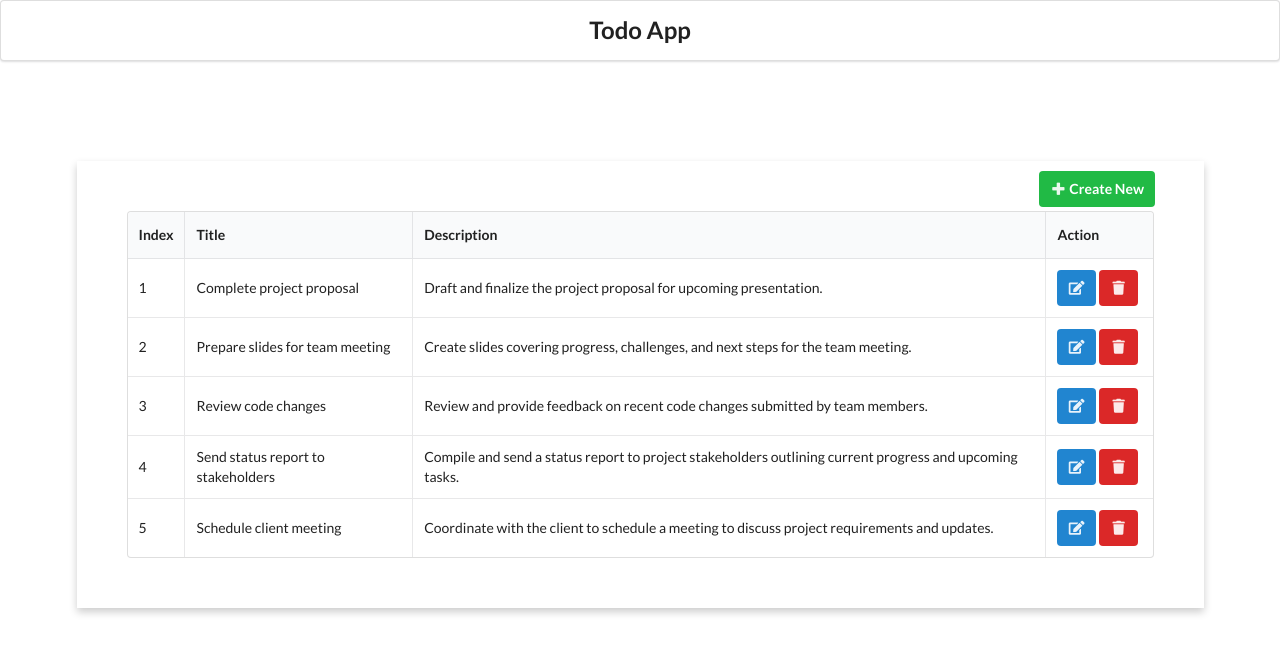
Repository: Wahid137/todo-app
Page: /
The author's editor kept a copy of each file at every save. The page is drawn from the files as they stood at one save, then again after a run of saves.
The browser window is 1280 px wide. The pictures show the whole page.
The project was rebuilt for these pictures with package versions that can differ from the ones it lists, and the page was loaded fresh each time. Also part of the build but not shown: src/App.css, src/index.css.

Above is the page before, as saved 2024-05-03 10:47:42.

### src/index.js
import React from 'react';
import ReactDOM from 'react-dom/client';
import 'semantic-ui-css/semantic.min.css';
import App from './App';
import './index.css';
import reportWebVitals from './reportWebVitals';

const root = ReactDOM.createRoot(document.getElementById('root'));
root.render(
  <React.StrictMode>
    <App />
  </React.StrictMode>
);

// If you want to start measuring performance in your app, pass a function
// to log results (for example: reportWebVitals(console.log))
// or send to an analytics endpoint. Learn more: https://bit.ly/CRA-vitals
reportWebVitals();

### src/App.js
import './App.css';
import TodoListPage from './components/TodoListPage';

function App() {
  return (
    <TodoListPage />
  );
}

export default App;

### src/components/TodoListPage.js
import React, { useState } from 'react';
import { Button, Container, Icon, Message, Segment, Table } from 'semantic-ui-react';
import initialTodos from "../data/todos.json";
import ConfirmationModal from './ConfirmationModal'; // Assuming both components are in the same directory

const TodoListPage = () => {
    const [todos, setTodos] = useState(initialTodos);
    const [deleteId, setDeleteId] = useState(null);
    const [openModal, setOpenModal] = useState(false);
    const [showMessage, setShowMessage] = useState(false);
    const [todoToDelete, setTodoToDelete] = useState(null);

    const handleDelete = (id, title) => {
        setDeleteId(id);
        setTodoToDelete(title);
        setOpenModal(true);
    };

    const handleConfirmDelete = () => {
        setTodos(todos.filter(todo => todo.id !== deleteId));
        setOpenModal(false);
        setShowMessage(true);
    };

    const handleCloseModal = () => {
        setOpenModal(false);
    };

    const handleDismissMessage = () => {
        setShowMessage(false);
    };

    const handleCreateNew = () => {
        // Add your logic for creating a new todo
    };

    return (
        <div>

            <Segment style={{ marginTop: '20px', margin: 'auto' }}>
                <h2 style={{ textAlign: 'center' }}>Todo App</h2>
            </Segment>
            <Container style={{ boxShadow: '0 4px 8px 0 rgba(0, 0, 0, 0.2)', padding: '50px', marginTop: '100px', position: 'relative' }}>
                <Button icon color='green' onClick={handleCreateNew} style={{ position: 'absolute', right: '45px', top: '10px', zIndex: '1' }}>
                    <Icon name='add' /> Create New
                </Button>
                {showMessage &&
                    <Message
                        success
                        onDismiss={handleDismissMessage}
                        header='Success!'
                        content='Todo deleted successfully.'
                        style={{ position: 'absolute', top: '-70px', left: 0, right: 0, margin: 'auto', width: '100%', marginBottom: '20px' }}
                    />
                }
                <div>
                    {todos.length === 0 ? (
                        <Message
                            info
                            header='No Todos'
                            content='There are no todos to display.'
                        />
                    ) : (
                        <Table celled>
                            <Table.Header>
                                <Table.Row>
                                    <Table.HeaderCell>Index</Table.HeaderCell>
                                    <Table.HeaderCell>Title</Table.HeaderCell>
                                    <Table.HeaderCell>Description</Table.HeaderCell>
                                    <Table.HeaderCell>Action</Table.HeaderCell>
                                </Table.Row>
                            </Table.Header>

                            <Table.Body>
                                {todos.map((todo, index) => (
                                    <Table.Row key={todo.id}>
                                        <Table.Cell>{index + 1}</Table.Cell>
                                        <Table.Cell>{todo.title}</Table.Cell>
                                        <Table.Cell>{todo.description}</Table.Cell>
                                        <Table.Cell>
                                            <div style={{ display: 'flex', justifyContent: 'space-between' }}>
                                                <Button icon color='blue'>
                                                    <Icon name='edit' />
                                                </Button>
                                                <Button icon color='red' onClick={() => handleDelete(todo.id, todo.title)}>
                                                    <Icon name='trash' />
                                                </Button>
                                            </div>
                                        </Table.Cell>
                                    </Table.Row>
                                ))}
                            </Table.Body>
                        </Table>
                    )}
                </div>
            </Container>

            <ConfirmationModal
                open={openModal}
                onClose={handleCloseModal}
                onConfirm={handleConfirmDelete}
                todoTitle={todoToDelete}
            />
        </div>
    );
};

export default TodoListPage;

### src/data/todos.json
[
  {
    "id": 1,
    "title": "Complete project proposal",
    "description": "Draft and finalize the project proposal for upcoming presentation."
  },
  {
    "id": 2,
    "title": "Prepare slides for team meeting",
    "description": "Create slides covering progress, challenges, and next steps for the team meeting."
  },
  {
    "id": 3,
    "title": "Review code changes",
    "description": "Review and provide feedback on recent code changes submitted by team members."
  },
  {
    "id": 4,
    "title": "Send status report to stakeholders",
    "description": "Compile and send a status report to project stakeholders outlining current progress and upcoming tasks."
  },
  {
    "id": 5,
    "title": "Schedule client meeting",
    "description": "Coordinate with the client to schedule a meeting to discuss project requirements and updates."
  }
]

### src/components/ConfirmationModal.jsx
import React from "react";
import { Button, Modal } from "semantic-ui-react";

const ConfirmationModal = ({ open, onClose, onConfirm, todoTitle }) => {
  return (
    <Modal size="tiny" open={open} onClose={onClose}>
      <Modal.Header>Confirm Deletion</Modal.Header>
      <Modal.Content>
        <p>
          Are you sure you want to delete the todo "<strong>{todoTitle}</strong>
          "?
        </p>
      </Modal.Content>
      <Modal.Actions>
        <Button negative onClick={onClose}>
          Cancel
        </Button>
        <Button positive onClick={onConfirm}>
          Confirm
        </Button>
      </Modal.Actions>
    </Modal>
  );
};

export default ConfirmationModal;

Loaded but not shown: public/index.html (common file); src/reportWebVitals.js (common file)

After the next 2 saves:
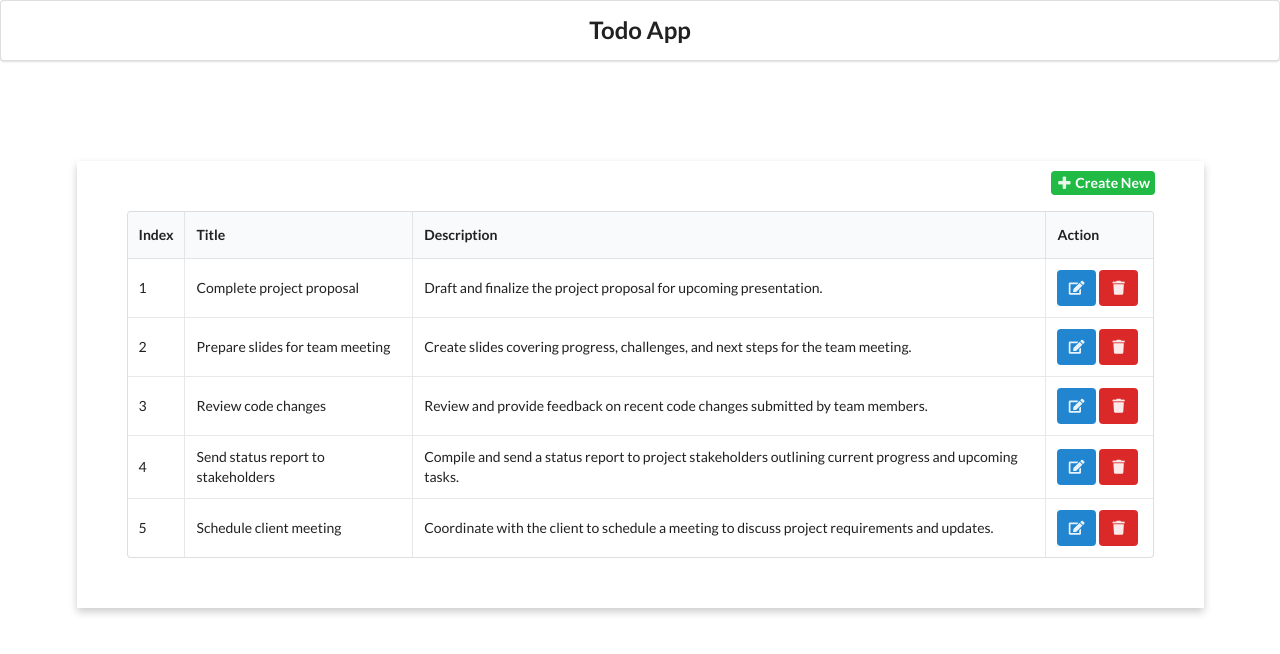
The 2 saves are shown as one change because 1 did not build or start.
The last was saved 20 s later.
--- a/src/components/TodoListPage.js
+++ b/src/components/TodoListPage.js
@@ -41,7 +41,7 @@ const TodoListPage = () => {
                 <h2 style={{ textAlign: 'center' }}>Todo App</h2>
             </Segment>
             <Container style={{ boxShadow: '0 4px 8px 0 rgba(0, 0, 0, 0.2)', padding: '50px', marginTop: '100px', position: 'relative' }}>
-                <Button icon color='green' onClick={handleCreateNew} style={{ position: 'absolute', right: '45px', top: '10px', zIndex: '1' }}>
+                <Button icon color='green' onClick={handleCreateNew} style={{ position: 'absolute', right: '45px', top: '10px', zIndex: '1', padding: '5px' }}>
                     <Icon name='add' /> Create New
                 </Button>
                 {showMessage &&
